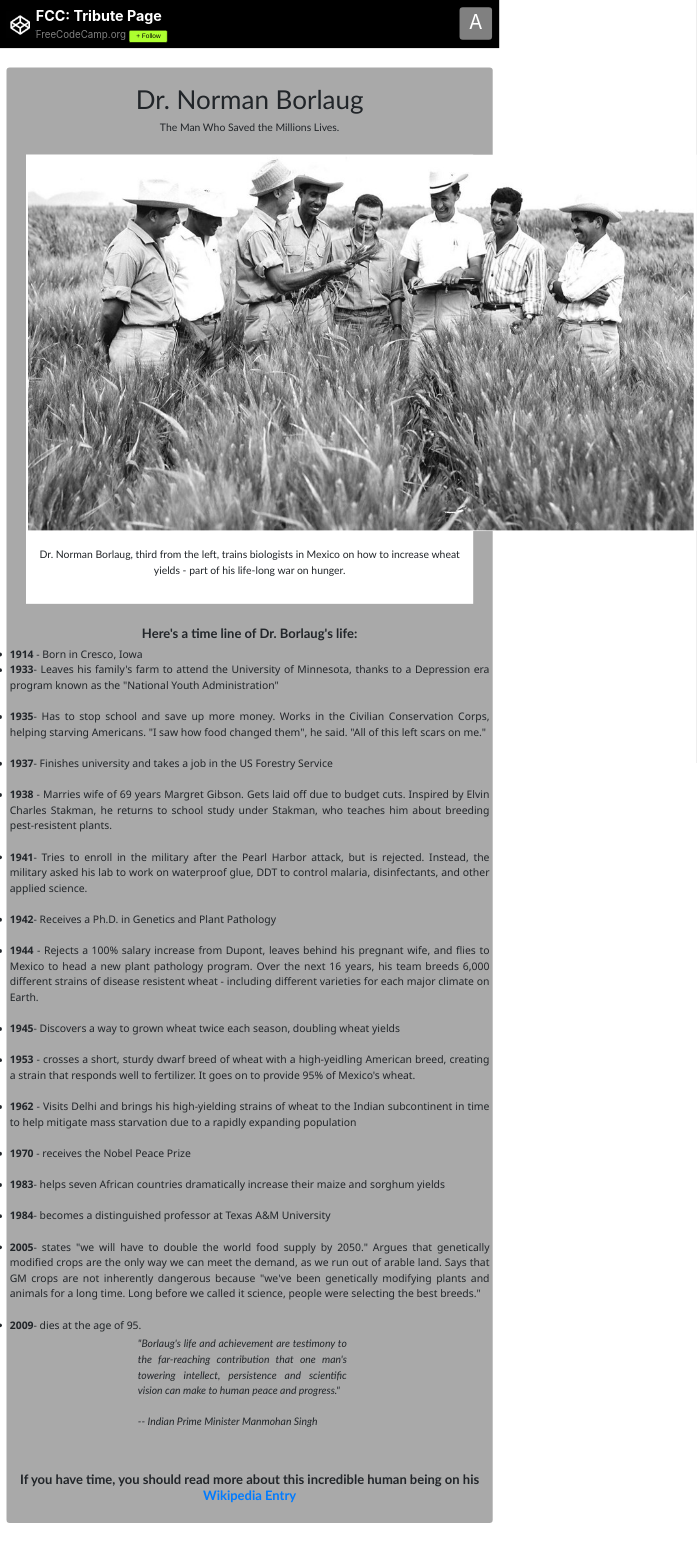
Repository: AbdulWahabRaza123/tributePage
Page: index.html
An editor plug-in stored every save of this project. The page is shown before and after the next save, followed by the edit.
The browser window is 768 px wide. The page is 1072 px wide, then 768 px, so the pictures cover 1072 px, including what lies to the right of the window. The pictures show the whole page, at 65% of full size.

Above is the page before, as saved 2021-09-02 17:55:08.

After the next save:
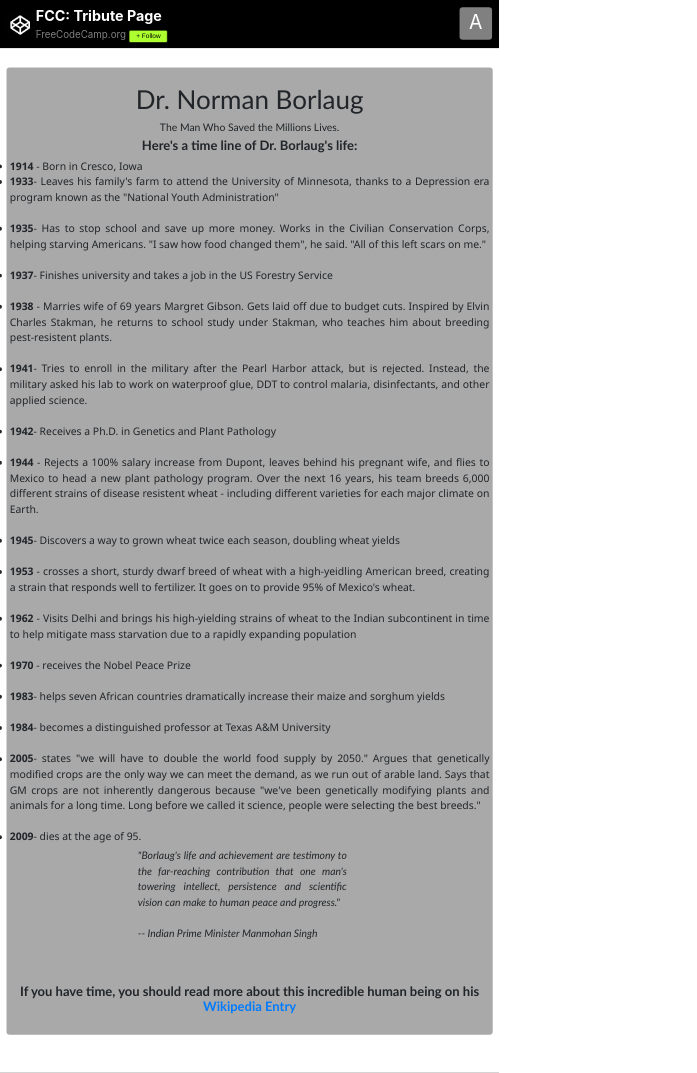
Saved 2 min 5 s later.
--- a/new.css
+++ b/new.css
@@ -130,7 +130,7 @@
 }
 
 @media screen and (max-width: 992px) {
-    #image2 {
+    #img-div {
         display: none;
         mask-image: none;
     }
